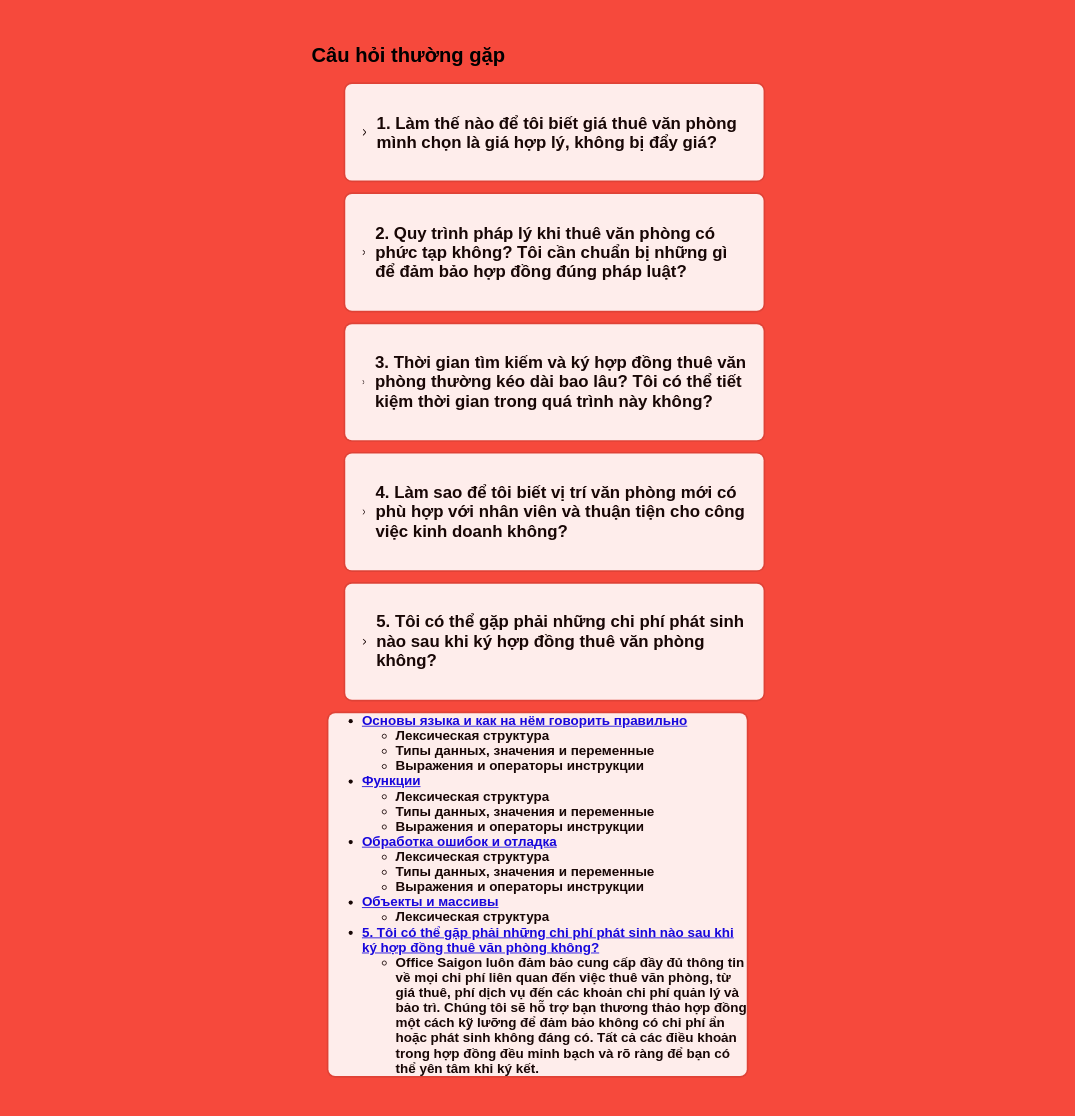
Repository: lannguyen1301/html-office-saigon
Page: accordion.html
The author's editor kept a copy of each file at every save. The page is drawn from the files as they stood at one save, then again after the next save.
The browser window is 1280 px wide. The pictures show the whole page, at 84% of full size.

Above is the page before, as saved 2025-02-12 23:19:19.

### accordion.html
<!DOCTYPE html>
<html lang="en">

<head>
    <meta charset="UTF-8">
    <meta name="viewport" content="width=device-width, initial-scale=1.0">
    <title>ACCODION</title>
    <link rel="stylesheet" href="accordion.css">
</head>

<body>
    <main>
        <h2>Câu hỏi thường gặp</h2>
        <ol class="accodion-list">
            <li class="accordion" id="howto">
                <h3 class="title">
                    <a href="#howto">
                        1. Làm thế nào để tôi biết giá thuê văn phòng mình chọn là giá hợp lý, không bị
                        đẩy giá?</a>
                </h3>
                <div class="content">
                    <div class="wrapper">
                        <p>
                            Office Saigon cung cấp thông tin minh bạch về giá thuê từ các tòa nhà mà chúng tôi hợp tác.
                            Chúng tôi luôn so sánh giá trên thị trường để đảm bảo bạn nhận được mức giá tốt nhất, phù
                            hợp với vị trí và tiện ích mà tòa nhà cung cấp. Chúng tôi không thêm phí môi giới cho khách
                            hàng thuê và đảm bảo mức giá bạn nhận được là mức giá gốc từ phía tòa nhà.
                        </p>
                    </div>
                </div>
            </li>

            <li class="accordion" id="legalprocess">
                <h3 class="title">
                    <a href="#legalprocess">
                        2. Quy trình pháp lý khi thuê văn phòng có phức tạp không? Tôi cần chuẩn
                        bị những gì để đảm bảo hợp đồng đúng pháp luật?</a>
                </h3>
                <div class="content">
                    <div class="wrapper">
                        <p>
                            Quy trình pháp lý khi thuê văn phòng có thể phức tạp, nhưng bạn hoàn toàn không phải lo lắng
                            khi sử dụng dịch vụ của Office Saigon. Chúng tôi sẽ hỗ trợ bạn từ khâu thương thảo hợp đồng,
                            đàm phán các điều khoản đến việc hoàn tất thủ tục pháp lý. Đội ngũ pháp lý chuyên nghiệp của
                            chúng tôi sẽ đảm bảo mọi chi tiết trong hợp đồng đều rõ ràng, minh bạch và tuân thủ đúng quy
                            định của pháp luật.
                        </p>

                    </div>
                </div>
            </li>

            <li class="accordion" id="searchtime">
                <h3 class="title">
                    <a href="#searchtime">
                        3. Thời gian tìm kiếm và ký hợp đồng thuê văn phòng thường kéo dài bao lâu? Tôi có thể tiết kiệm
                        thời gian trong quá trình này không?
                    </a>
                </h3>
                <div class="content">
                    <div class="wrapper">
                        <p>
                            Với dịch vụ của Office Saigon, quá trình tìm kiếm và ký hợp đồng thuê văn phòng thường chỉ
                            kéo dài từ 1-2 tuần, tùy thuộc vào yêu cầu cụ thể của bạn. Chúng tôi cung cấp danh sách các
                            tòa nhà phù hợp trong thời gian ngắn, giúp bạn tiết kiệm đáng kể thời gian và công sức so
                            với việc tự tìm kiếm. Quy trình của chúng tôi được tối ưu để bạn có thể nhanh chóng chọn
                            được văn phòng và ký kết hợp đồng mà không phải lo lắng về bất kỳ chi tiết nào.
                        </p>
                    </div>
                </div>
            </li>

            <li class="accordion" id="whyknow">
                <h3 class="title">
                    <a href="#whyknow">
                        4. Làm sao để tôi biết vị trí văn phòng mới có phù hợp với nhân viên và thuận tiện cho công việc
                        kinh doanh không?
                    </a>
                </h3>
                <div class="content">
                    <div class="wrapper">
                        <p>
                            Office Saigon luôn tư vấn kỹ lưỡng về vị trí văn phòng dựa trên yêu cầu của bạn và phân tích
                            các yếu tố như giao thông, tiện ích xung quanh, và sự thuận tiện cho nhân viên. Chúng tôi
                            hiểu rằng một vị trí văn phòng thuận tiện sẽ giúp tăng hiệu suất làm việc của nhân viên và
                            thuận lợi cho việc kinh doanh của bạn. Dựa vào mạng lưới hơn 2230 tòa nhà tại TP.HCM, chúng
                            tôi sẽ giúp bạn chọn được văn phòng ở vị trí chiến lược, tối ưu nhất cho doanh nghiệp của
                            bạn.
                        </p>
                    </div>
                </div>
            </li>
            <li class="accordion" id="costsincurred">
                <h3 class="title">
                    <a href="#costsincurred">
                        5. Tôi có thể gặp phải những chi phí phát sinh nào sau khi ký hợp đồng thuê văn phòng không?
                    </a>
                </h3>
                <div class="content">
                    <div class="wrapper">
                        <p>
                            Office Saigon luôn đảm bảo cung cấp đầy đủ thông tin về mọi chi phí liên quan đến việc thuê
                            văn phòng, từ giá thuê, phí dịch vụ đến các khoản chi phí quản lý và bảo trì. Chúng tôi sẽ
                            hỗ trợ bạn thương thảo hợp đồng một cách kỹ lưỡng để đảm bảo không có chi phí ẩn hoặc phát
                            sinh không đáng có. Tất cả các điều khoản trong hợp đồng đều minh bạch và rõ ràng để bạn có
                            thể yên tâm khi ký kết.
                        </p>
                    </div>
                </div>
            </li>
        </ol>
    </main>
</body>

</html>

<nav class="navigation">
    <!-- <header class="navigation__logo">
        <img src="https://s27.postimg.org/p5shqemzn/logo.png" alt="Navigation's logo" width="216" height="39">
    </header> -->
    <article>
        <ul class="accordion">
            <li class="accordion__item">
                <a href="#" class="accordion__link accordion__link_active">Основы языка и как на нём говорить
                    правильно</a>
                <ul class="sub-accordion">
                    <li class="sub-accordion__item">Лексическая структура</li>
                    <li class="sub-accordion__item">Типы данных, значения и переменные</li>
                    <li class="sub-accordion__item">Выражения и операторы инструкции</li>
                </ul>
            </li>
            <li class="accordion__item">
                <a href="#" class="accordion__link">Функции</a>
                <ul class="sub-accordion">
                    <li class="sub-accordion__item">Лексическая структура</li>
                    <li class="sub-accordion__item">Типы данных, значения и переменные</li>
                    <li class="sub-accordion__item">Выражения и операторы инструкции</li>
                </ul>
            </li>
            <li class="accordion__item">
                <a href="#" class="accordion__link">Обработка ошибок и отладка</a>
                <ul class="sub-accordion">
                    <li class="sub-accordion__item">Лексическая структура</li>
                    <li class="sub-accordion__item">Типы данных, значения и переменные</li>
                    <li class="sub-accordion__item">Выражения и операторы инструкции</li>
                </ul>
            </li>
            <li class="accordion__item">
                <a href="#" class="accordion__link">Объекты и массивы</a>
                <ul class="sub-accordion">
                    <li class="sub-accordion__item">Лексическая структура</li>
                    <!-- <li class="sub-accordion__item">Типы данных, значения и переменные</li> -->
                    <!-- <li class="sub-accordion__item">Выражения и операторы инструкции</li> -->
                </ul>
            </li>
            <li class="accordion__item">
                <a href="#" class="accordion__link">
                    5. Tôi có thể gặp phải những chi phí phát sinh nào sau khi ký hợp
                    đồng thuê văn phòng không?</a>
                <ul class="sub-accordion">
                    <li class="sub-accordion__item">Office Saigon luôn đảm bảo cung cấp đầy đủ thông tin về mọi chi phí
                        liên quan đến việc thuê
                        văn phòng, từ giá thuê, phí dịch vụ đến các khoản chi phí quản lý và bảo trì. Chúng tôi sẽ
                        hỗ trợ bạn thương thảo hợp đồng một cách kỹ lưỡng để đảm bảo không có chi phí ẩn hoặc phát
                        sinh không đáng có. Tất cả các điều khoản trong hợp đồng đều minh bạch và rõ ràng để bạn có
                        thể yên tâm khi ký kết.</li>
                    <!-- <li class="sub-accordion__item">Типы данных, значения и переменные</li> -->
                    <!-- <li class="sub-accordion__item">Выражения и операторы инструкции</li> -->
                </ul>
            </li>
        </ul>
    </article>
</nav>

### accordion.css
:root {
    --size-header: 2.25rem;
    --size-accordion-title: 1.25rem;
    --size-accordion-content: 1rem;
    --animation-speed: 100;
    --slide-ease: cubic-bezier(0.86, 0, 0.07, 1);
    --slide-duration: calc(400ms * 100 / var(--animation-speed));
    --slide-delay: calc(450ms * 100 / var(--animation-speed));
    --circle-duration: calc(900ms * 100 / var(--animation-speed));
}

*,
*::before,
*::after {
    position: relative;
    left: 0;
    top: 0;
    box-sizing: border-box;
}

a,
p,
h1 {
    margin: 0;
}

html {
    height: 100%;
}

body {
    background-color: hsl(4, 91%, 60%);
    font-family: Nunito, Arial, Helvetica, sans-serif;
    font-weight: 600;
    margin: 0;
    display: grid;
    place-items: center;
    padding: 2rem 2rem;
    min-height: 100%;
}

html,
body {
    scroll-behavior: smooth;
    scroll-padding-top: 1rem;
}

main > h1 {
    font-size: var(--size-header);
    margin-bottom: 1.25rem;
    color: #fff;
}

::selection {
    background-color: rgba(0, 0, 0, 0.4);
}

.accordion {
    --circle-x: 1.8rem;
    --circle-y: 0;
    --circle-r: 200%;
    --circle-bg: #fff;
    color: #000;

    background-color: var(--circle-bg);
    max-width: 56ch;
    margin-bottom: 1rem;
    border-radius: min(8px, 0.5rem);

    display: grid;
    grid-template-rows: 0fr 0fr;
    transition-timing-function: var(--slide-ease);
    transition-duration: 200ms, 200ms, var(--slide-duration);
    transition-property: opacity, box-shadow, grid-template-rows;
    transition-delay: 0ms, 0ms, var(--slide-delay);
    box-shadow: 0 0 0 2px rgba(0, 0, 0, 0.1);
    opacity: 0.9;
}

.accordion:not(:target):hover {
    box-shadow: 0 0 0 2px rgba(0, 0, 0, 0.5);
}

.accordion:not(:target):active {
    opacity: 1;
    box-shadow: 0 4px 7px 0 rgba(0, 0, 0, 0.3);
}

.accordion,
.content {
    overflow: hidden;
}

.accordion:target {
    --d: 90deg;
    grid-template-rows: 0fr 1fr;
    transition: grid-template-rows var(--slide-ease) var(--slide-duration)
        var(--slide-delay);
}

.wrapper {
    padding-block: 0 1.05rem;
    padding-inline: 1.25rem;
}

.content {
    font-size: var(--size-accordion-content);
    line-height: 140%;
}

.content p {
    margin-bottom: 1rem;
}

.content a {
    color: currentColor;
    font-weight: 800;
    text-decoration: underline;
}

main :last-child,
.content :last-child {
    margin-bottom: 0;
}

.title a {
    padding: 1rem 1.25rem;
    font-size: var(--size-accordion-title);
    font-weight: 800;
    color: currentColor;
    text-decoration: none;
    display: flex;
    flex-direction: row;
    place-items: center;
}

.title a::before {
    --chevron-icon: url("data:[embedded picture, 464 characters]");
    content: "";
    left: 0;
    top: 0;
    width: 0.65rem;
    aspect-ratio: 320 / 512;
    display: inline-block;
    margin-right: 0.75rem;
    transform: rotate(var(--d, 0deg));
    transition: transform var(--slide-ease) var(--slide-duration)
        var(--slide-delay);
    mask-image: var(--chevron-icon);
    mask-size: 100% 100%;
    -webkit-mask-image: var(--chevron-icon);
    -webkit-mask-size: 100% 100%;
    background-color: currentColor;
}

.accordion::before,
.accordion::after {
    content: "";
    position: absolute;
    width: 100%;
    height: 100%;
    background-color: var(--circle-bg);
    mix-blend-mode: difference;
    transform-style: preserve-3d;
    transition-timing-function: ease;
    transition-property: opacity, clip-path, visibility;
    pointer-events: none;
    clip-path: circle(var(--r) at var(--circle-x) var(--circle-y));
    border-radius: inherit;
    z-index: 4;
}

.accordion::before {
    --r: 0%;
    transition-delay: var(--circle-duration), var(--circle-duration), 0ms;
    transition-duration: 0ms, var(--circle-duration), 0ms;
    opacity: 0;
}

.accordion:target::before {
    --r: var(--circle-r);
    transition-delay: 0ms, 0ms, 0ms;
    transition-duration: 0ms, var(--circle-duration), 0ms;
    opacity: 1;
}

.accordion::after {
    --r: var(--circle-r);
    transition-delay: 0ms, 0ms, var(--circle-duration);
    transition-duration: 0ms, var(--circle-duration), 0ms;
    visibility: hidden;
    opacity: 1;
}

.accordion:target:after {
    --r: 0%;
    transition-delay: 0ms, 0ms, 0ms;
    transition-duration: 0ms, 0ms, 0ms;
    visibility: visible;
    opacity: 0;
}

.title a:focus-visible {
    background-color: hsl(0, 100%, 90%);
    outline: none;
}

.accordion:target .title a:focus-visible {
    background-color: hsl(183, 100%, 93%);
}

After the next save:
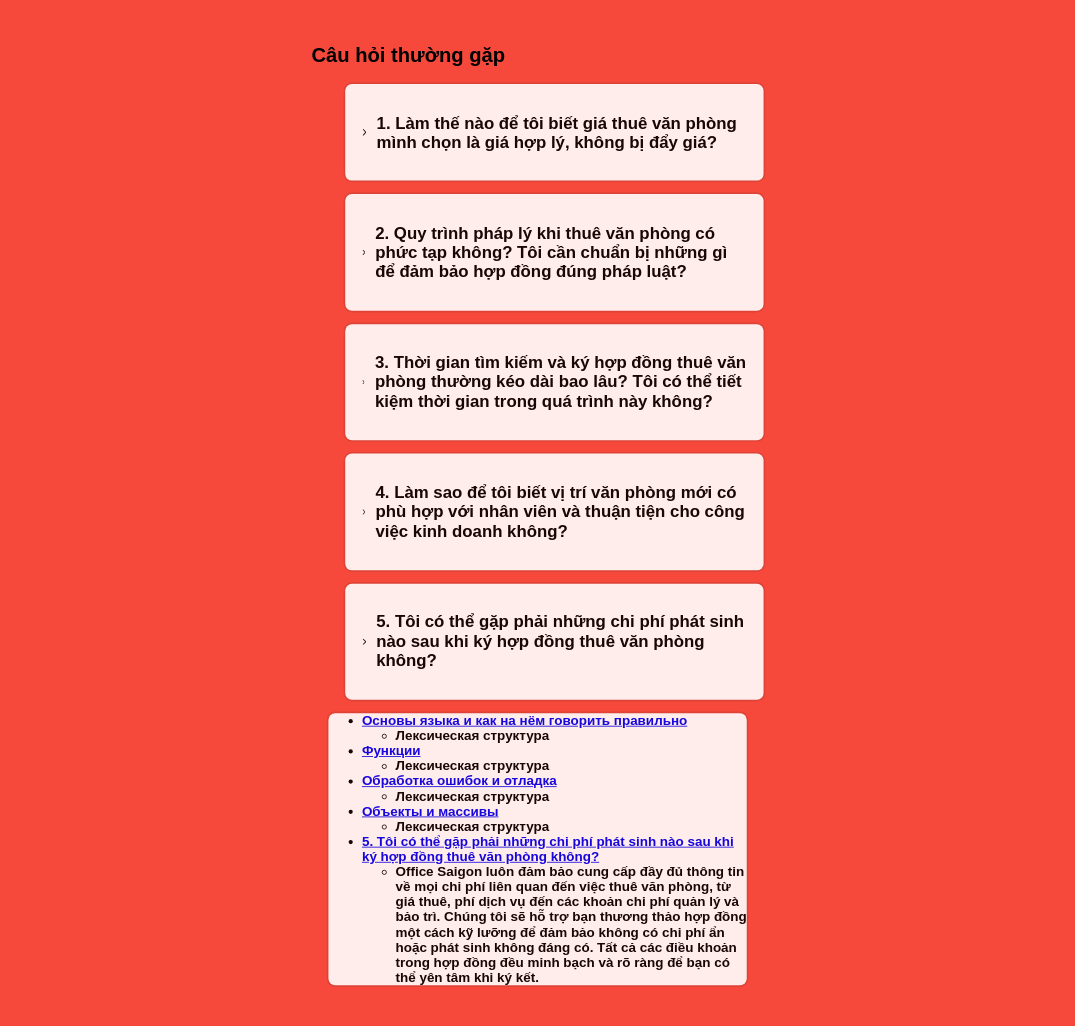
Saved 17 s later.
--- a/accordion.html
+++ b/accordion.html
@@ -125,24 +125,24 @@
                     правильно</a>
                 <ul class="sub-accordion">
                     <li class="sub-accordion__item">Лексическая структура</li>
-                    <li class="sub-accordion__item">Типы данных, значения и переменные</li>
-                    <li class="sub-accordion__item">Выражения и операторы инструкции</li>
+                    <!-- <li class="sub-accordion__item">Типы данных, значения и переменные</li> -->
+                    <!-- <li class="sub-accordion__item">Выражения и операторы инструкции</li> -->
                 </ul>
             </li>
             <li class="accordion__item">
                 <a href="#" class="accordion__link">Функции</a>
                 <ul class="sub-accordion">
                     <li class="sub-accordion__item">Лексическая структура</li>
-                    <li class="sub-accordion__item">Типы данных, значения и переменные</li>
-                    <li class="sub-accordion__item">Выражения и операторы инструкции</li>
+                    <!-- <li class="sub-accordion__item">Типы данных, значения и переменные</li> -->
+                    <!-- <li class="sub-accordion__item">Выражения и операторы инструкции</li> -->
                 </ul>
             </li>
             <li class="accordion__item">
                 <a href="#" class="accordion__link">Обработка ошибок и отладка</a>
                 <ul class="sub-accordion">
                     <li class="sub-accordion__item">Лексическая структура</li>
-                    <li class="sub-accordion__item">Типы данных, значения и переменные</li>
-                    <li class="sub-accordion__item">Выражения и операторы инструкции</li>
+                    <!-- <li class="sub-accordion__item">Типы данных, значения и переменные</li> -->
+                    <!-- <li class="sub-accordion__item">Выражения и операторы инструкции</li> -->
                 </ul>
             </li>
             <li class="accordion__item">
